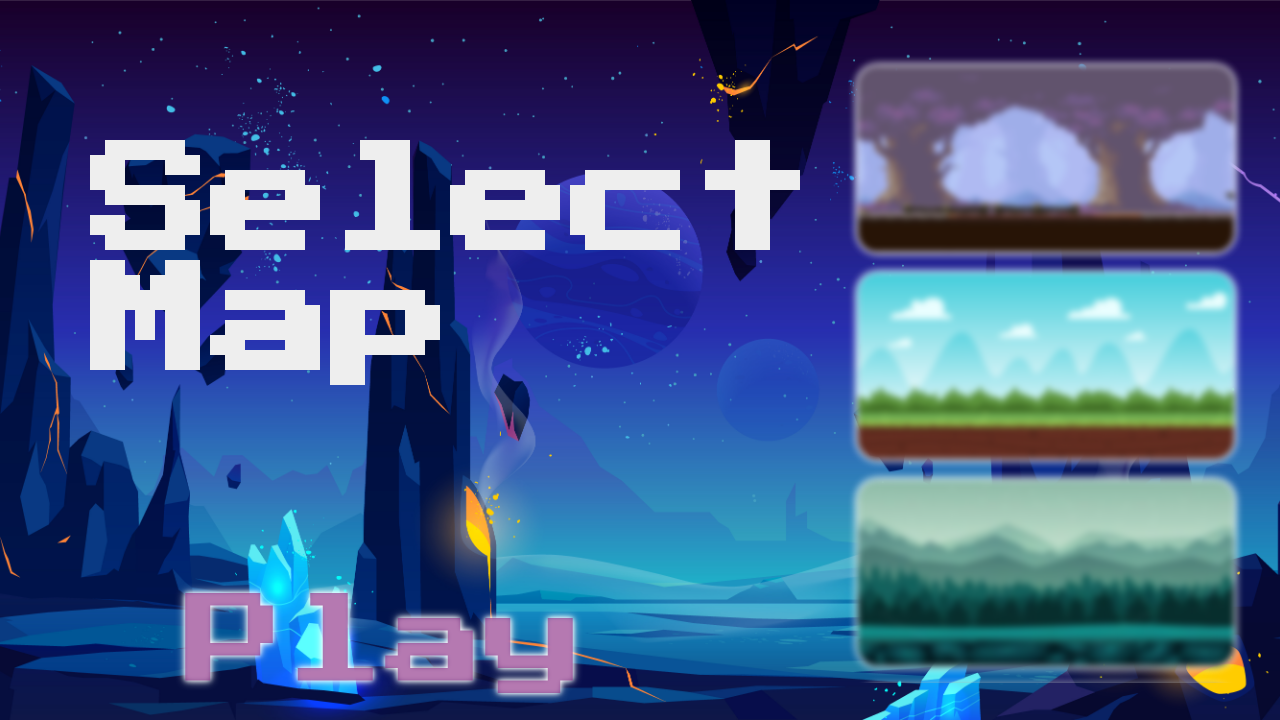
Repository: Gaurav31052/Fighting-game
Page: home.html
The author's editor kept a copy of each file at every save. The page is drawn from the files as they stood at one save, then again after the next save.
The browser window is 1280 px wide. The pictures show the whole page.
An inner scrolling area shows only its first screen.

Above is the page before, as saved 2024-06-06 23:29:09.

After the next save:
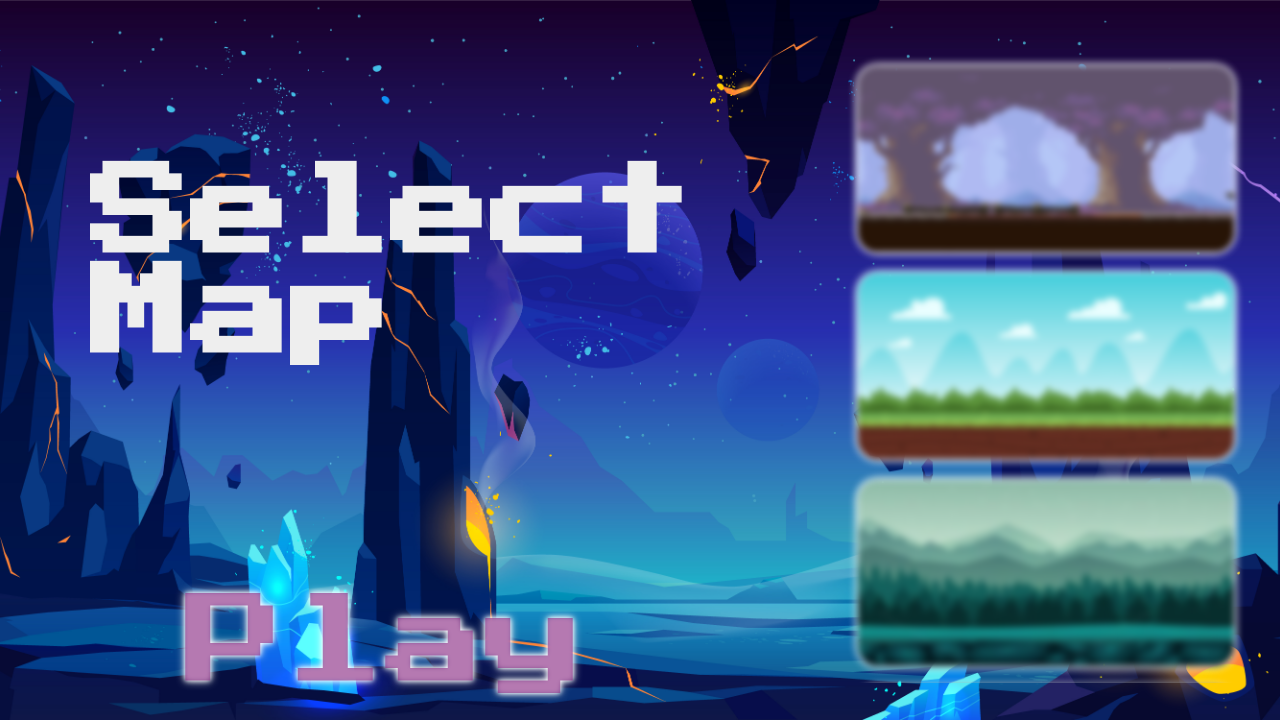
Saved 13 s later.
--- a/style.css
+++ b/style.css
@@ -63,7 +63,7 @@ a {
     font-family: "Press Start 2P", system-ui;
 }
 .MapName>h1{
-    font-size: 120px;
+    font-size: 100px;
 }
 
 
